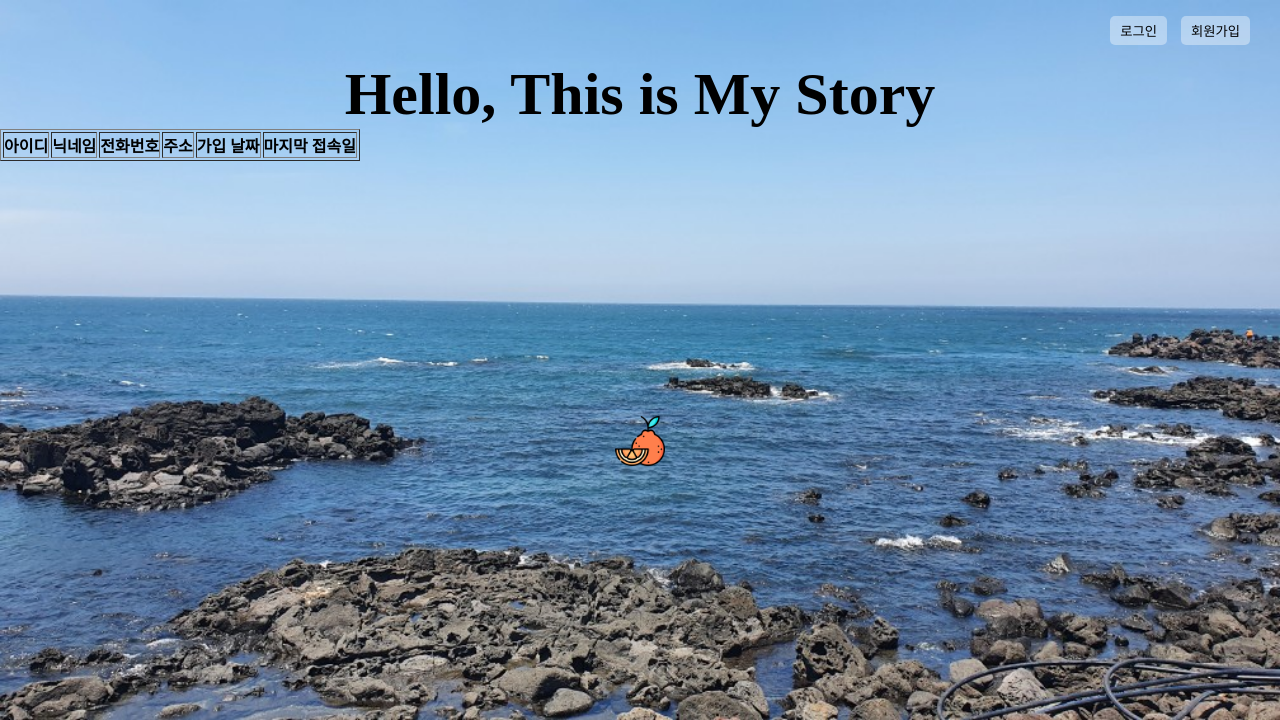
Repository: jeeniii/test2022_12_29
Page: http://localhost/portfolio/member/list.jsp
An editor plug-in stored every save of this project. The page is shown before and after a run of saves, followed by the edit.
The browser window is 1280 px wide. The pictures show the whole page.
The page is served by Tomcat 9. Other server files are loaded and not shown. The template is opened directly, without the code that normally fills it, so the values that code supplies are empty.

Above is the page before, as saved 2022-12-13 09:08:16.

### JSP_Portfolio/portfolio/src/main/webapp/member/list.jsp
<%@ page language="java" contentType="text/html; charset=UTF-8"
    pageEncoding="UTF-8"%>
    <%@ taglib uri="http://java.sun.com/jsp/jstl/core" prefix="c" %>
<!DOCTYPE html>
<html>
<head>
<meta charset="UTF-8">
<title>Insert title here</title>
<link rel="stylesheet" href="/resources/css/memberlist.css" type="text/css">
<%@ include file="/header.jsp" %>
</head>
<body>
<div class="turnup">
<table border="1">
		<tr>
			<th>아이디</th>
			<th>닉네임</th>
			<th>전화번호</th>
			<th>주소</th>
			<th>가입 날짜</th>
			<th>마지막 접속일</th>
		</tr>
	<c:forEach items="${list }" var="mvo">
		<tr>
			<td>${mvo.id }</td>
			<td>${mvo.nick_name }</td>
			<td>${mvo.phone }</td>
			<td>${mvo.addr }</td>
			<td>${mvo.reg_at }</td>
			<td>${mvo.last_login }</td>
		</tr>
	</c:forEach>
</table>
</div>
<section>
</section>
<%@ include file="/footer.jsp" %>
</body>
</html>

### JSP_Portfolio/portfolio/src/main/webapp/header.jsp
<%@ page language="java" contentType="text/html; charset=UTF-8"
    pageEncoding="UTF-8"%>
    <%@ taglib uri="http://java.sun.com/jsp/jstl/core" prefix="c" %>
<!DOCTYPE html>
<html>
<head>
<meta charset="UTF-8">

<link rel="stylesheet" href="/resources/css/header.css" type="text/css">
</head>
<body>
	<header>
		<div class="realHeader">
			<div class="headbar">
				<ul>

					<c:if test="${ses.id ne null }">
						<li>
							${ses.nick_name }님
						</li>
						<li>
							<a href="/mem/logout?id=${ses.id }"><button type="button">로그아웃</button></a>
						</li>
						<li>
							<a href="/mem/modify?id=${ses.id }"><button type="button">회원정보수정</button></a>
						</li>
					</c:if>

					<c:if test="${ses.id eq null }">
						<li>
							<a href="/mem/login"><button type="button">로그인</button></a>
						</li>
						<li>
							<a href="/mem/join"><button type="button"> 회원가입</button></a>
						</li>
					</c:if>
				</ul>
			</div>
		</div>
		<div class="topic">
			<h1>Hello, This is My Story</h1>
		</div>
	</header>
</body>
</html>

### JSP_Portfolio/portfolio/src/main/webapp/footer.jsp
<%@ page language="java" contentType="text/html; charset=UTF-8"
    pageEncoding="UTF-8"%>
    <%@ taglib uri="http://java.sun.com/jsp/jstl/core" prefix="c" %>
<!DOCTYPE html>
<html>
<head>
<meta charset="UTF-8">
<title>Insert title here</title>
<link rel="stylesheet" href="/resources/css/footer.css" type="text/css">
</head>
<body>
<footer>
		<a href="/" id="hanlabtn"><button type="button"><img src="/resources/한라봉.png" id="hanlabong"></button></a>
</footer>
</body>
</html>

### JSP_Portfolio/portfolio/src/main/webapp/resources/css/memberlist.css
@charset "UTF-8";
section{
	min-height: 250px;
}

### JSP_Portfolio/portfolio/src/main/webapp/resources/css/header.css
@charset "UTF-8";
* {
    margin: 0;
    padding: 0;
    box-sizing: border-box;
}
body{
	width:100%;
	height:100%;
	background-image: url("/resources/제주 바다.jpg");
	background-repeat: no-repeat;
	background-size: cover;
}
.topic{
	text-align: center;
	font-size: 30px;
}
.realHeader{
	height: 60px;
}
.headbar{
	display: flex;
	align-items: center;
	float: right;
	padding: 0px 30px;
	height: 60px;
}
.headbar>ul{
    list-style-type: none;
}
.headbar>ul>li{
	display: inline;;
	margin-left: 10px;
	line-height: 30px;
	vertical-align: middle;
}
.headbar>ul>li>a{
	font-size: 20px;
	font-weight: 700px;
	color: black;
    text-decoration-line:none ;
}
button[type="button"]{
	border: 0px;
	padding: 5px 10px;
	border-radius: 5px;
	background-color: rgba(255, 255, 255, 0.377);
}

### JSP_Portfolio/portfolio/src/main/webapp/resources/css/footer.css
@charset "UTF-8";
#hanlabong{
    width: 50px;
    height: 50px;
}

#hanlabtn{
	background-color: transparent;
	border:none;
	cursor: pointer;
}
#hanlabtn button{
	background-color: transparent;
	border:none;
	cursor: pointer;

}
#hanlabtn:hover{
	transform:scale(1.5);
  	transition: transform .5s;
}
footer{
	width: 100%;
	display: flex;
	justify-content: center;
}

After the next 2 saves:
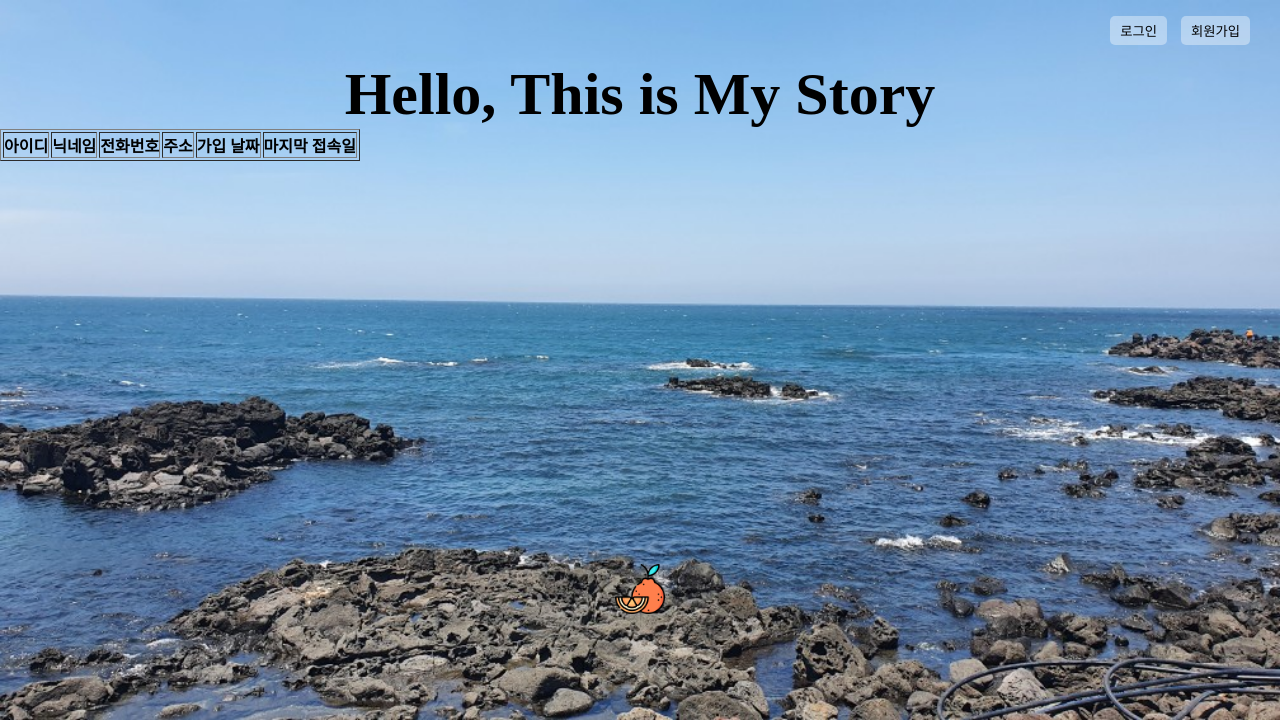
The 2 saves are shown as one change because they came seconds apart.
The last was saved 44 s later.
--- a/JSP_Portfolio/portfolio/src/main/webapp/resources/css/memberlist.css
+++ b/JSP_Portfolio/portfolio/src/main/webapp/resources/css/memberlist.css
@@ -1,4 +1,6 @@
 @charset "UTF-8";
 section{
-	min-height: 250px;
 }
+.turnup{
+	height: 430px;
+}
